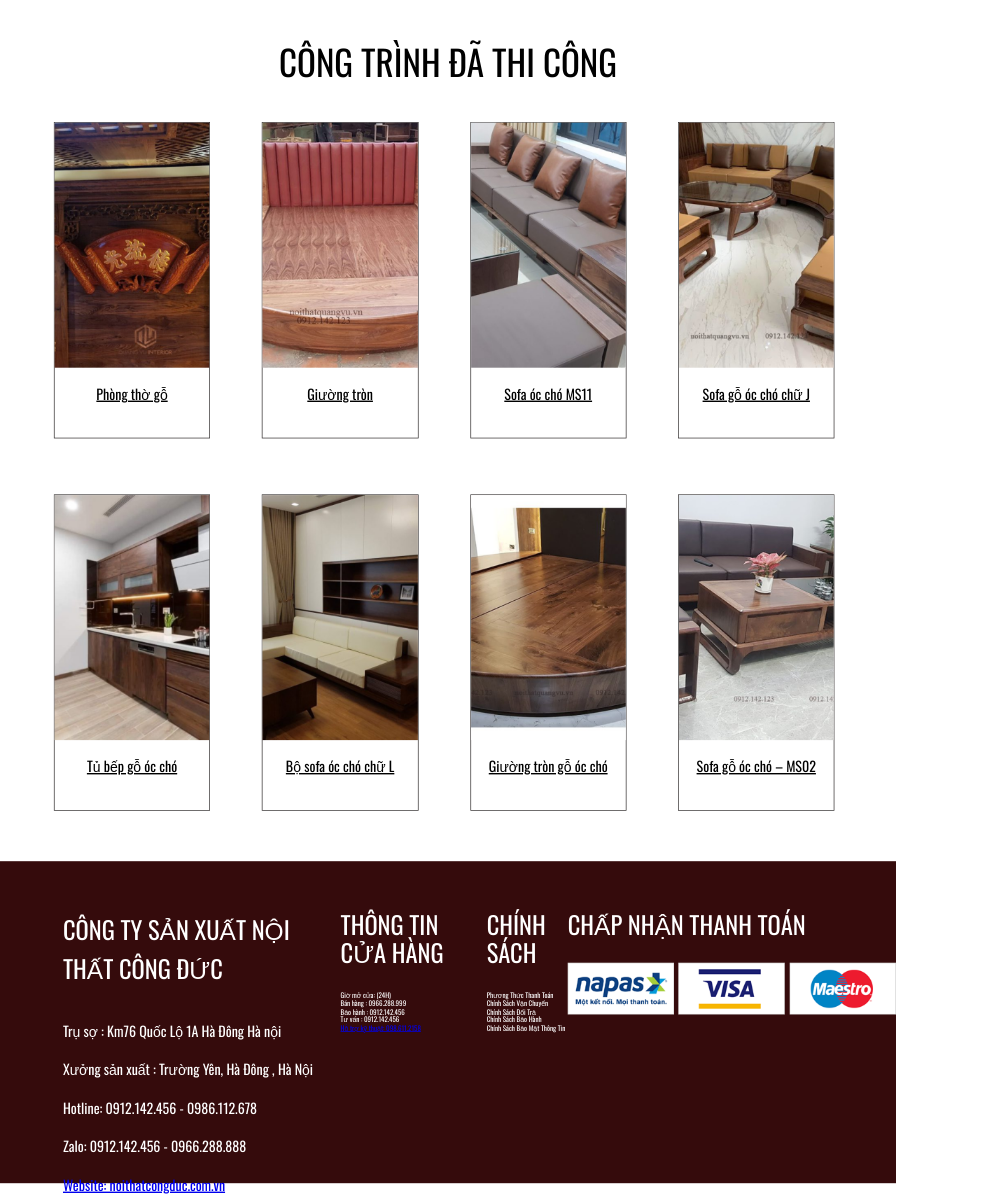
Repository: KHANHD192/FigmaTo-HTML
Page: APP-SHOP/index.html
These files come from the project's save history. The page is drawn as it stood at one moment and after the next save; the edit follows.
The browser window is 1280 px wide. The page is 1437 px wide, so the pictures cover 1437 px, including what lies to the right of the window. The pictures show the part of the page from y = 3146 to 4866 px (the page is 4866 px tall before and 4856 px after), at 70% of full size.

Above is the page before, as saved 2022-11-21 18:58:54.

### APP-SHOP/index.html
<!DOCTYPE html>
<html lang="en">
<head>
    <meta charset="UTF-8">
    <meta http-equiv="X-UA-Compatible" content="IE=edge">
    <meta name="viewport" content="width=device-width, initial-scale=1.0">
    <title>APP-SHOP</title>
    <link rel="stylesheet" href="https://cdnjs.cloudflare.com/ajax/libs/normalize/8.0.1/normalize.min.css" integrity="sha512-NhSC1YmyruXifcj/KFRWoC561YpHpc5Jtzgvbuzx5VozKpWvQ+4nXhPdFgmx8xqexRcpAglTj9sIBWINXa8x5w==" crossorigin="anonymous" referrerpolicy="no-referrer" />
    <link rel="stylesheet" href="./asset/Css_main/base.css">
    <link rel="stylesheet" href="./asset/Css_main/main.css">
    <link rel="preconnect" href="https://fonts.googleapis.com">
     <link rel="preconnect" href="https://fonts.gstatic.com" crossorigin>
</head>
<body>
    <div class="app">
         <header class="app__header">
                 <div class="header__nav-bar">
                    <ul class="nav-bar__item">
                        <li>
                            <a href="./index.html" class="nav-bar__item-link">Trang chủ</a>
                        </li>
                        <li>
                            <a href="#" class="nav-bar__item-link">Sản phẩm</a>
                        </li>
                        <li>
                            <a href="./ctdtc.html" class="nav-bar__item-link">Công trình đã thi công</a>
                        </li>
                        <li>
                            <a href="./tintuc.html" class="nav-bar__item-link">Tin tức</a>
                        </li>
                    </ul>
                    <ul class="nav-bar__icon">
                        <li>
                            <img src="./asset/IMG/image 3.png" alt="" class="logo">
                        </li>
                        <li>
                            <img src="./asset/IMG/image 2.png" alt="" class="logo">
                        </li>
                    </ul>
                 </div>
                 <div class="header__background">
                     <img src="./asset/IMG/image 4.png" alt="background">
                 </div>
         </header>
         <div class="app__container">
        <div class="container__collect">
            <div class="collect1">
                <h2 class="title">PHÒNG KHÁCH / SOFA GỖ</h2>
                <ul class="list__item">
                    <li>
                        <div class="wrap__image">
                            <img src="./asset/IMG/image 5.png" alt="" class="item__image">
                        </div>
                        <a href="https://noithatquangvu.vn/san-pham/sofa-go-3/" class="item__image-link">Sofa gỗ 03</a>
                    </li>
                    <li>
                          <div class="wrap__image">
                            <img src="./asset/IMG/image 5 (1).png" alt="" class="item__image">
                          </div>
                        <a href="https://noithatquangvu.vn/san-pham/sofa-go/" class="item__image-link">Sofa gỗ</a>
                    </li>
                    <li>
                         <div class="wrap__image">
                            <img src="./asset/IMG/image 6.png" alt="" class="item__image">
                         </div>
                        <a href="https://noithatquangvu.vn/san-pham/sofa-go-chu-l/" class="item__image-link">Sofa gỗ chữ L</a>
                    </li>
                    <li>
                       <div class="wrap__image">
                        <img src="./asset/IMG/image 6 (1).png" alt="" class="item__image">
                       </div>
                        <a href="https://noithatquangvu.vn/san-pham/bo-sofa-go-oc-cho-ms10/" class="item__image-link">Bộ sofa óc chó</a>
                    </li>

                </ul>
            </div>
            <div class="collect1">
                <h2 class="title">PHÒNG NGỦ</h2>
                <ul class="list__item">
                    <li>
                        <div class="wrap__image">
                            <img src="./asset/IMG/image 5 (2).png" alt="" class="item__image">
                        </div>
                        <a href="https://noithatquangvu.vn/san-pham/giuong-ngu/" class="item__image-link">Giường ngủ M221</a>
                    </li>
                    <li>
                          <div class="wrap__image">
                            <img src="./asset/IMG/image 5 (3).png" alt="" class="item__image">
                          </div>
                        <a href="https://noithatquangvu.vn/san-pham/giuong-ngu-dep/" class="item__image-link">Giường ngủ đẹp</a>
                    </li>
                    <li>
                         <div class="wrap__image">
                            <img src="./asset/IMG/image 5 (4).png" alt="" class="item__image">
                         </div>
                        <a href="https://noithatquangvu.vn/san-pham/giuong-ngu-hien-dai/" class="item__image-link">Giường ngủ hiện đại</a>
                    </li>
                    <li>
                       <div class="wrap__image">
                        <img src="./asset/IMG/image 5 (5).png" alt="" class="item__image">
                       </div>
                        <a href="https://noithatquangvu.vn/san-pham/giuong-tron-dep/" class="item__image-link">Giường tròn đẹp</a>
                    </li>

                </ul>
            </div>
            <div class="collect1">
                <h2 class="title">PHÒNG BẾP</h2>
                <ul class="list__item">
                    <li>
                        <div class="wrap__image">
                            <img src="./asset/IMG/image 5 (6).png" alt="" class="item__image">
                        </div>
                        <a href="https://noithatquangvu.vn/san-pham/tu-bep-go-oc-cho/" class="item__image-link">Tủ bếp gỗ óc chó</a>
                    </li>
                    <li>
                          <div class="wrap__image">
                            <img src="./asset/IMG/image 5 (7).png" alt="" class="item__image">
                          </div>
                        <a href="https://noithatquangvu.vn/san-pham/tu%cc%89-ruo%cc%a3u/" class="item__image-link">Tủ rượu</a>
                    </li>
                    <li>
                         <div class="wrap__image">
                            <img src="./asset/IMG/image 5 (8).png" alt="" class="item__image">
                         </div>
                        <a href="https://noithatquangvu.vn/san-pham/bo%cc%a3-ban-ghe-an/" class="item__image-link">Bộ bàn ghế ăn</a>
                    </li>
                    <li>
                       <div class="wrap__image">
                        <img src="./asset/IMG/image 5 (9).png" alt="" class="item__image">
                       </div>
                        <a href="https://noithatquangvu.vn/san-pham/tu%cc%89-bep-_-ms01/" class="item__image-link">Tủ Bếp_TB01</a>
                    </li>

                </ul>
            </div>
        </div>
        <div class="container__project">
            <div class="project__tiltle">
                <p>DỰ ÁN TIÊU BIỂU</p>
            </div>
             <ul class="list__project">
                <li class="list__project-item">
                    <div class="enfold__image">
                        <img src="./asset/IMG/image 7.png" alt="" class="item__project">
                    </div>
                    <a href="https://noithatquangvu.vn/san-pham/bo%cc%a3-ban-ghe-an/" class="item__project-link">Dự án biệt thự móng cái </a>
                </li>
                <li class="list__project-item">
                    <div class="enfold__image">
                        <img src="./asset/IMG/image 7 (1).png" alt="" class="item__project">
                    </div>
                    <a href="https://noithatquangvu.vn/san-pham/bo%cc%a3-ban-ghe-an/" class="item__project-link">Căn Hộ chung Cư Cao Cấp</a>
                </li>

             </ul>
        </div>
        <div class="container__detail">
            <div class="collect1">
                <p>CÔNG TRÌNH ĐÃ THI CÔNG</p>
                <ul class="list__item">
                    <li>
                        <div class="wrap__image">
                            <img src="./asset/IMG/image 5 (10).png" alt="" class="item__image">
                        </div>
                        <a href="https://noithatquangvu.vn/san-pham/sofa-go-3/" class="item__image-link">Phòng thờ gỗ</a>
                    </li>
                    <li>
                          <div class="wrap__image">
                            <img src="./asset/IMG/image 5 (11).png" alt="" class="item__image">
                          </div>
                        <a href="https://noithatquangvu.vn/san-pham/giuong-tron/" class="item__image-link">Giường tròn
                        </a>
                    </li>
                    <li>
                         <div class="wrap__image">
                            <img src="./asset/IMG/image 5 (12).png" alt="" class="item__image">
                         </div>
                        <a href="https://noithatquangvu.vn/san-pham/sofa-oc-cho/" class="item__image-link">Sofa óc chó MS11

                        </a>
                    </li>
                    <li>
                       <div class="wrap__image">
                        <img src="./asset/IMG/image 5 (13).png" alt="" class="item__image">
                       </div>
                        <a href="https://noithatquangvu.vn/san-pham/sofa-go-oc-cho-chu-j/" class="item__image-link">Sofa gỗ óc chó chữ J


                        </a>
                    </li>

                </ul>
            </div>
            <div class="collect1 detail2">
                <ul class="list__item">
                    <li>
                        <div class="wrap__image">
                            <img src="./asset/IMG/image 5 (9).png" alt="" class="item__image">
                        </div>
                        <a href="https://noithatquangvu.vn/san-pham/tu-bep-go-oc-cho/" class="item__image-link">Tủ bếp gỗ óc chó
                        </a>
                    </li>
                    <li>
                          <div class="wrap__image">
                            <img src="./asset/IMG/image 5 (14).png" alt="" class="item__image">
                          </div>
                        <a href="https://noithatquangvu.vn/san-pham/bo-sofa-go-oc-cho-ms10/" class="item__image-link"> Bộ sofa óc chó chữ L
                        </a>
                    </li>
                    <li>
                         <div class="wrap__image">
                            <img src="./asset/IMG/image 5 (15).png" alt="" class="item__image">
                         </div>
                        <a href="https://noithatquangvu.vn/san-pham/giuong-tron-go-oc-cho/" class="item__image-link">Giường tròn gỗ óc chó
                        </a>
                    </li>
                    <li>
                       <div class="wrap__image">
                        <img src="./asset/IMG/image 5 (16).png" alt="" class="item__image">
                       </div>
                        <a href="https://noithatquangvu.vn/san-pham/sofa-go-oc-cho-ms02/" class="item__image-link">Sofa gỗ óc chó – MS02

                        </a>
                    </li>

                </ul>
            </div>
        </div>
         </div>
        <footer class="app__footer">
            <div class="footer__addres">
                <p class="addres__title">CÔNG TY SẢN XUẤT NỘI THẤT CÔNG ĐỨC</p>
                <ul>
                    <li class="address__item" >Trụ sợ : Km76 Quốc Lộ 1A Hà Đông Hà nội</li>
                    <li class="address__item">Xưởng sản xuất : Trường Yên, Hà Đông , Hà Nội</li>
                    <li class="address__item">Hotline: 0912.142.456 - 0986.112.678 </li>
                    <li class="address__item">Zalo: 0912.142.456 - 0966.288.888</li>
                    <li class="address__item">
                        <a href="noithatcongduc.com.vn">Website: noithatcongduc.com.vn</a>
                    </li>
                </ul>
            </div>
            <div class="footer__info">
                <p class="addres__title">THÔNG TIN CỬA HÀNG </p>
                <ul>
                    <li> Giờ mở cửa: (24H)</li>
                    <li>Bán hàng : 0966.288.999</li>
                    <li> Bảo hành : 0912.142.456 </li>
                    <li>Tư vấn : 0912.142.456</li>
                    <li>
                        <a href="tel:098.611.2158">Hỗ trợ kỹ thuật: 098.611.2158</a>
                    </li>
                </ul>
            </div>
            <div class="footer__term">
                <p class="addres__title">CHÍNH SÁCH</p>
                <ul>
                    <li>Phương Thức Thanh Toán</li>
                    <li>Chính Sách Vận Chuyển</li>
                    <li>Chính Sách Đổi Trả </li>
                    <li>Chính Sách Bảo Hành</li>
                    <li>
                        Chính Sách Bảo Mật Thông Tin
                    </li>
                </ul>
            </div>
            <div class="footer__payal">
                <p class="addres__title">CHẤP NHẬN THANH TOÁN</p>
                <ul class="payal__item">
                    <li>
                           <img src="./asset/IMG/image 8.png" alt="Phương thức thanh toán">
                    </li>
                </ul>
            </div>
        </footer>
    </div>
</body>
</html>

### APP-SHOP/asset/Css_main/base.css
@import url('https://fonts.googleapis.com/css2?family=Oswald&family=Roboto:wght@100&display=swap');
/* header */
html{
    font-size: 62.5%;
    box-sizing: border-box;
    font-family: 'Oswald', sans-serif;
}
.app{
    max-width: 1800px;
}
.app__header{

}
.header__nav-bar{
      display: flex;
      justify-content: space-between;
      height: 60px;
      background-color: #3C1700;;
}
.nav-bar__item {
    width: 603px;
    height: 30px;
    list-style: none;
    display: flex;
    font-family: 'Oswald', sans-serif;
    font-size: 20px;
    line-height: 29.64px;
    margin-top: 15px;
    margin-bottom: 15px ;
    margin-left: 63px;
}
.nav-bar__item-link{
    text-decoration: none;
    color: #FFFFFF;
    margin-right: 28px;
}
.header__nav-bar:not(:last-child){
    margin-right: 0;
}
.nav-bar__icon{
    list-style: none;
    display: flex;
    margin-top: 15px;
    margin-bottom: 15px ;
    margin-right: 15px;
}
.logo{
    width: 30px;
    height: 30px;
}
.logo:last-child{
    margin-left: 22px;
}
.header__background{
    width:100%;
    height: 420px;
}
.header__background img{
    width: 100%;
    height: 100%;
    object-fit: cover;
}
/* footer */
footer{
    max-width: 1800px;
    height:460px;
    background-color: #350B0C;
    color: #FFFFFF;
}
footer ul{
    list-style: none;
    padding: 0;
}
.app__footer{
    display:flex;
}
.addres__title{
    font-size: 35px;
}
.footer__addres , .footer__info ,.footer__term ,.footer__payal{
    margin-top:35px;
}
.footer__addres{
    max-width: 508px;
    height:375px;
    font-size: 20px;
    margin-left:90px;
   line-height: 55px;
}

### APP-SHOP/asset/Css_main/main.css
.app__container{
 max-width: 1800px;
    height: 3835px;
}
.collect1 h2{
    width: 285px;
    height: 42px;
    font-family: 'Oswald', sans-serif;
    font-weight: 400;
    font-size: 30px;
    line-height: 44.46px;
    color: #000000;
    position: relative;
    margin-top: 61px;
    margin-bottom: 61px;
    margin-left: 72px;
}
.collect1 h2::after{
    content: "";
    position: absolute;
    width: 1365px;
    height: 4px;
    background-color: #D9D9D9;
    left:0;
    bottom: -10px;

}
.collect1 .list__item{
    list-style: none;
    display: flex;
    margin-left:77px;
    margin-right: 88px;
    padding-left: 0;
}
.list__item li {
   max-width: 350px;
    height: 450px;
    border:  1px solid #332F2F;
    margin-right: 74px;
}
.list__item li:last-child{
    margin-right: 0;
}
li .wrap__image{
   max-width: 350px;
    height: 350px;
}
.item__image-link{
    display: block;
    max-width:100%;
    height: 63px;
    font-size: 20px;
    font-weight: 400;
    line-height: 44.46px;
   text-align: center;
   padding-top: 1.5rem;
    color: #000000;
}
li .wrap__image img{
    width: 100%;
    height: 100%;
    object-fit: cover;
}

.project__tiltle p {
    text-align: center;
    margin-top:91px;
    font-size: 50px;
    line-height: 74.1px;
    margin-bottom: 50px;
}
.list__project{
    display:flex;
    list-style: none;
    margin-left:131px;
    margin-right:131px;
    padding-left: 0;
    justify-content: space-between;
}
.list__project-item{
    max-width: 700px;
    height: 560px;
    border:  1px solid #332F2F;
}
.enfold__image{
    max-width: 700px;
    height: 400px;
}
.enfold__image img {
    width: 100%;
    height: 100%;
}
.item__project-link{
    display: block;
    max-width:100%;
    height: 63px;
    font-size: 30px;
    font-weight: 400;
    line-height: 44.46px;
   text-align: center;
   padding-top: 5rem;
    color:#6C271E;
}
.list__project-item:first-child{
    margin-right: 148px;
}
.collect1 p {
    text-align: center;
    margin-top:91px;
    font-size: 50px;
    line-height: 74.1px;
    margin-bottom: 50px;
}
.detail2{
    margin-top: 80px;
}

After the next save:
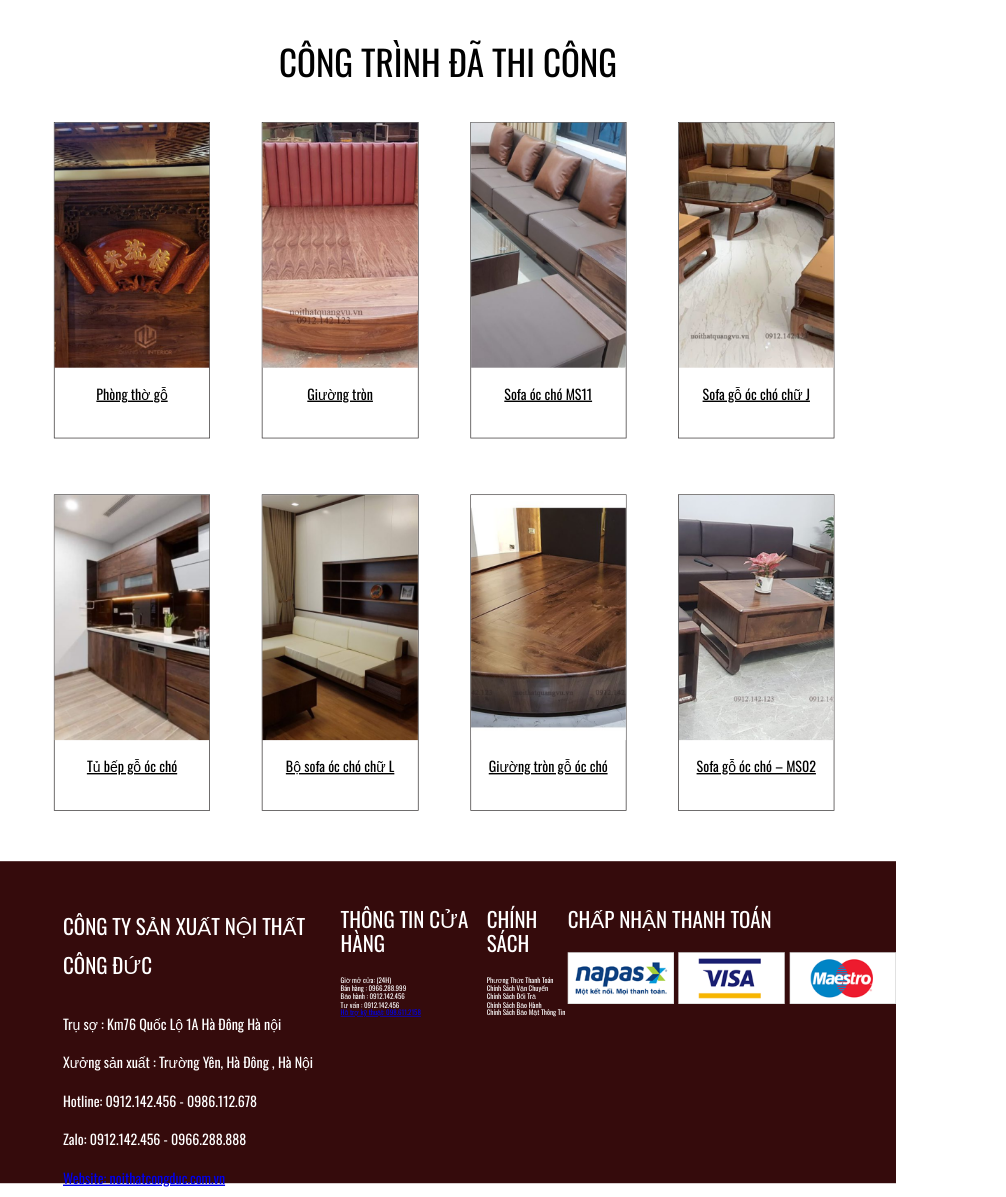
Saved 7 s later.
--- a/APP-SHOP/asset/Css_main/base.css
+++ b/APP-SHOP/asset/Css_main/base.css
@@ -75,7 +75,7 @@ footer ul{
     display:flex;
 }
 .addres__title{
-    font-size: 35px;
+    font-size: 30px;
 }
 .footer__addres , .footer__info ,.footer__term ,.footer__payal{
     margin-top:35px;
